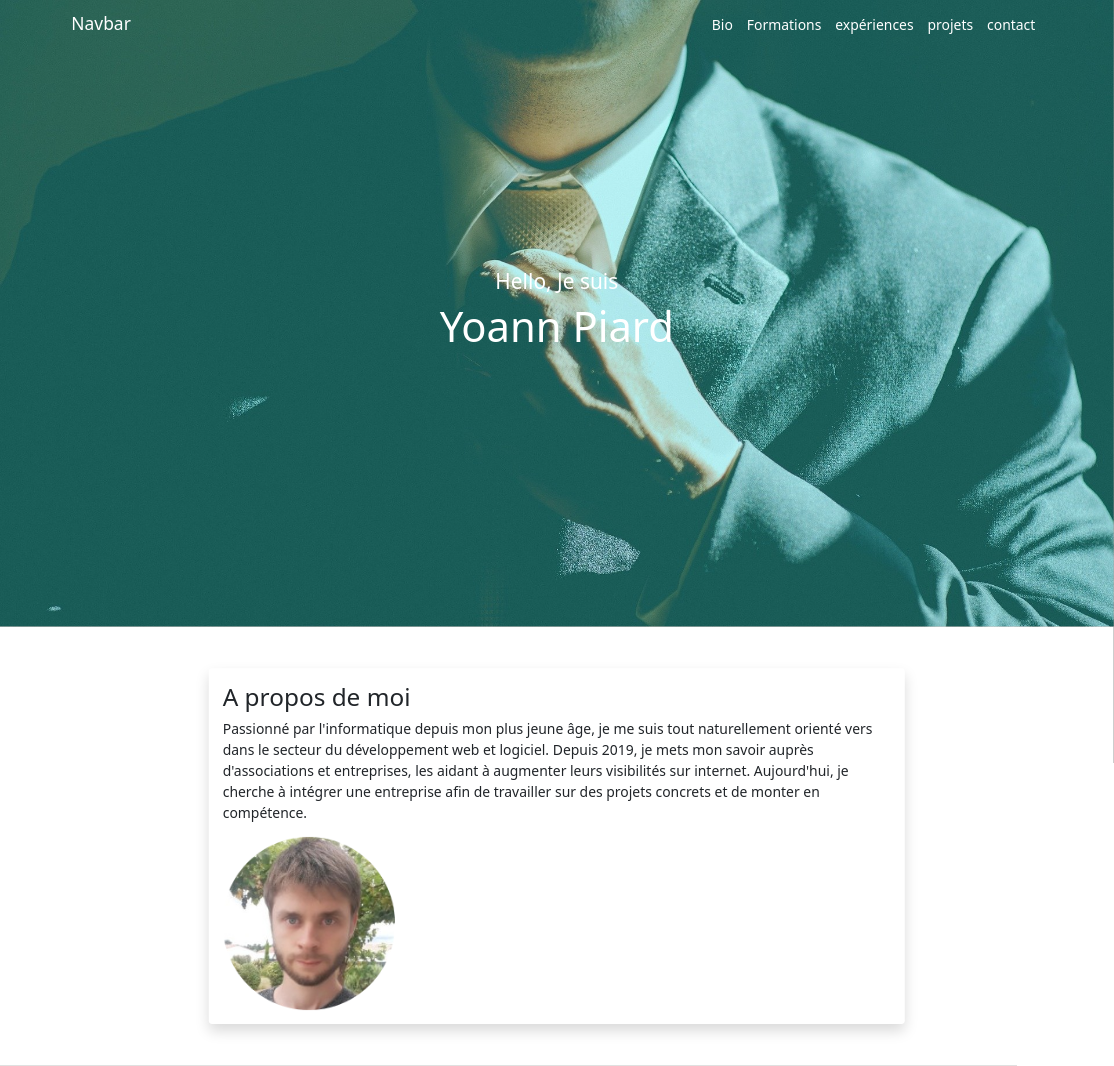
Repository: ypiard85/port-folio-bootstrap-yoann-2021
Page: index.html
An editor plug-in stored every save of this project. The page is shown before and after the next save, followed by the edit.
The browser window is 1280 px wide. The pictures show the whole page, at 87% of full size.

Above is the page before, as saved 2021-03-09 14:10:55.

After the next save:
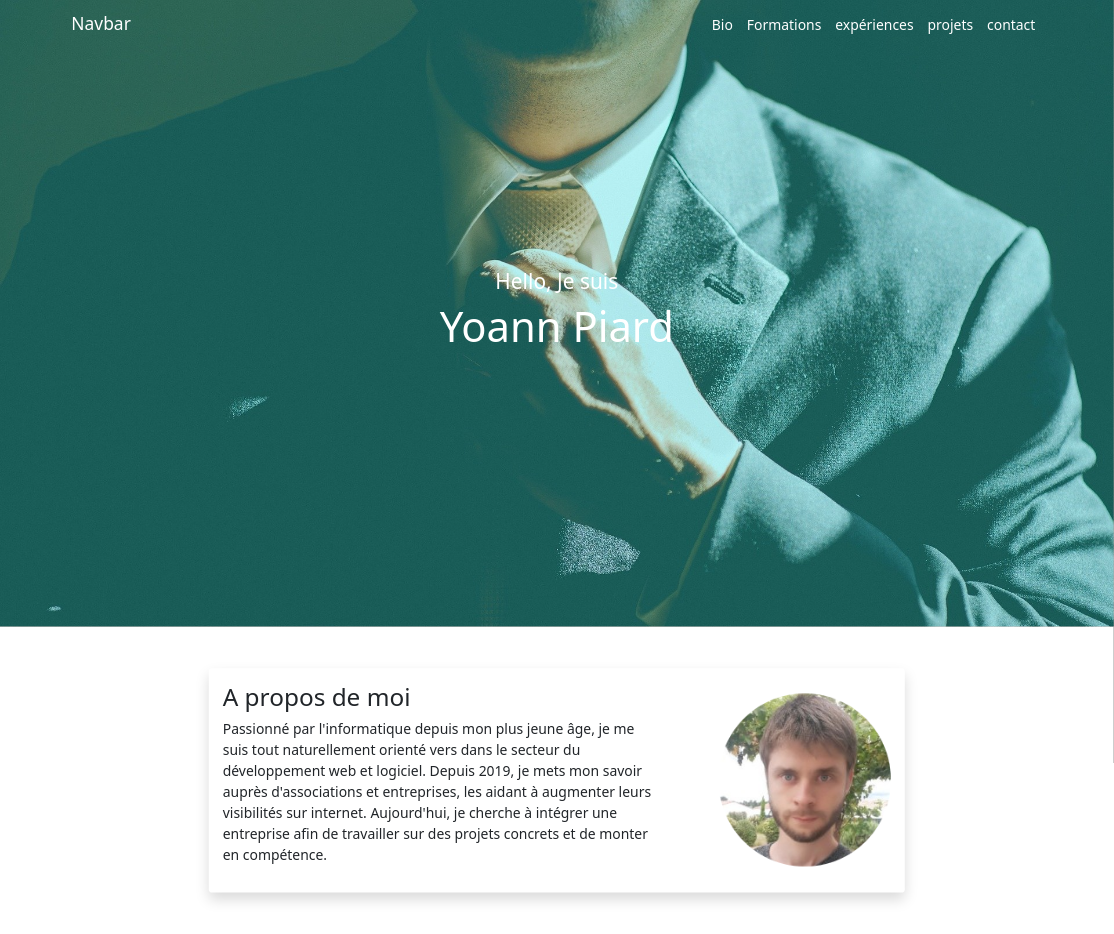
Saved 11 s later.
--- a/resource/style.css
+++ b/resource/style.css
@@ -27,3 +27,7 @@ header h1{
     max-width: 100%;
     margin-top: 0px;
 }
+
+.about_presentation{
+    width: 500px;
+}
